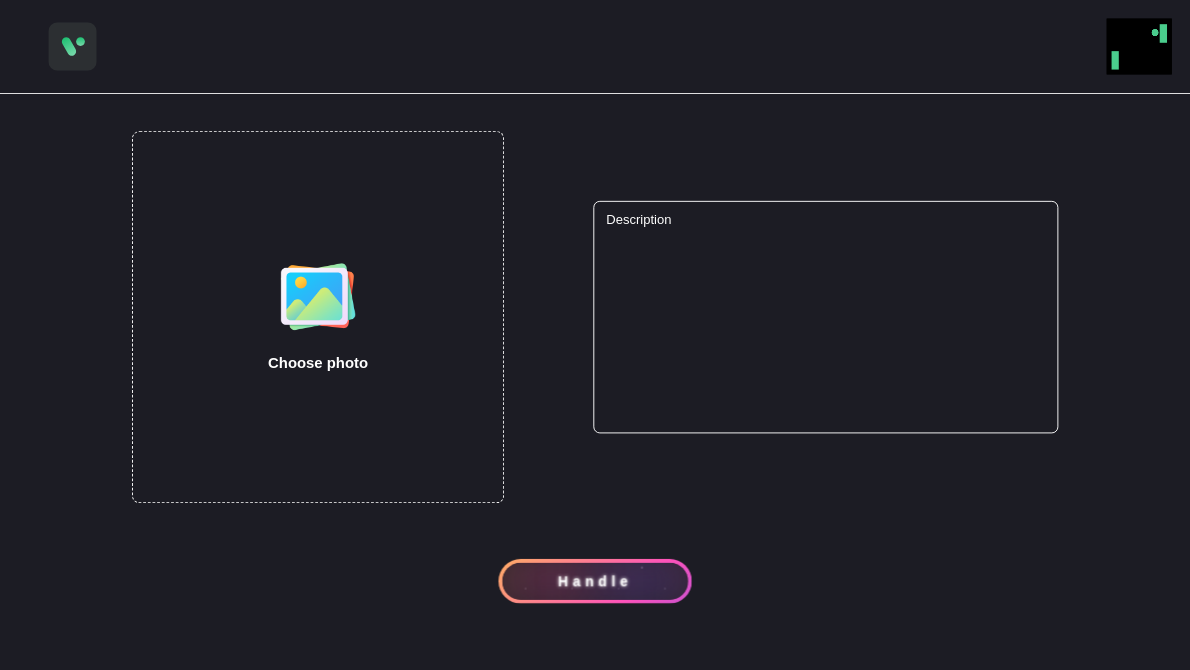
Repository: binhphan77373/Website_PBL6
Page: / (app in myapp/)
The author's editor kept a copy of each file at every save. The page is drawn from the files as they stood at one save, then again after a run of saves.
The browser window is 1280 px wide. The pictures show the whole page, at 93% of full size.
The project was rebuilt for these pictures with package versions that can differ from the ones it lists, and the page was loaded fresh each time. Also part of the build but not shown: myapp/vite.config.js, myapp/src/pages/Test.jsx, myapp/src/modules/Result.jsx, myapp/src/pages/ResultPage.jsx.

Above is the page before, as saved 2023-12-29 19:59:24.

### myapp/src/App.jsx
import { Route, Routes } from 'react-router-dom'
import HomePage from './pages/HomePage'
import Test from './pages/Test'
import ResultPage from './pages/ResultPage'

function App() {

  return (
    <Routes>
      <Route path='/' element={<HomePage></HomePage>}></Route>
      <Route path='/rs' element={<ResultPage></ResultPage>}></Route>
      <Route path='/test' element={<Test></Test>}></Route>
    </Routes>
  )
}

export default App

### myapp/src/index.css
@tailwind base;
@tailwind components;
@tailwind utilities;
*,
*::before,
*::after {
  box-sizing: border-box;
}
* {
  margin: 0;
  padding: 0;
}

html,
body {
  height: 100%;
}
body {
  line-height: 1.5;
  -webkit-font-smoothing: antialiased;
  -webkit-tap-highlight-color: rgba(0, 0, 0, 0);
  scroll-behavior: smooth;
}

img,
picture,
video,
canvas,
svg {
  display: block;
  max-width: 100%;
}
input,
button,
textarea,
select {
  font: inherit;
  outline: none;
}
p,
h1,
h2,
h3,
h4,
h5,
h6 {
  overflow-wrap: break-word;
}
body {
  line-height: 1.5;
  -webkit-font-smoothing: antialiased;
  -webkit-tap-highlight-color: rgba(0, 0, 0, 0);
  font-family: "Epilogue", sans-serif;
  font-size: 16px;
  background-color: #1C1C24;
}
.hidden-input {
  border: 0;
  clip: rect(0 0 0 0);
  height: 1px;
  margin: -1px;
  overflow: hidden;
  padding: 0;
  position: absolute;
  width: 1px;
  white-space: nowrap;
}
/* HTML: <div class="loader"></div> */
.loader {
  width: 70px;
  height: 60px;
  border: 5px solid #000;
  padding: 0 8px;
  box-sizing: border-box;
  background: linear-gradient(#4acd8d 0 0) 0    0/8px 20px,
    linear-gradient(#4acd8d 0 0) 100% 0/8px 20px,
    radial-gradient(farthest-side,#4acd8d 90%,#0000) 0 5px/8px 8px content-box,
    #000;
  background-repeat: no-repeat;
  animation: l3 2s infinite linear;
}

@keyframes l3 {
  25% {
    background-position: 0 0   ,100% 100%,100% calc(100% - 5px)
  }

  50% {
    background-position: 0 100%,100% 100%,0    calc(100% - 5px)
  }

  75% {
    background-position: 0 100%,100%    0,100% 5px
  }
}
.btn {
  display: flex;
  justify-content: center;
  align-items: center;
  width: 13rem;
  overflow: hidden;
  height: 3rem;
  background-size: 300% 300%;
  backdrop-filter: blur(1rem);
  border-radius: 5rem;
  transition: 0.5s;
  animation: gradient_301 5s ease infinite;
  border: double 4px transparent;
  background-image: linear-gradient(#212121, #212121),  linear-gradient(137.48deg, #ffdb3b 10%,#FE53BB 45%, #8F51EA 67%, #0044ff 87%);
  background-origin: border-box;
  background-clip: content-box, border-box;
}

#container-stars {
  position: absolute;
  z-index: -1;
  width: 100%;
  height: 100%;
  overflow: hidden;
  transition: 0.5s;
  backdrop-filter: blur(1rem);
  border-radius: 5rem;
}

strong {
  z-index: 2;
  font-size: 15px;
  letter-spacing: 5px;
  color: #FFFFFF;
  text-shadow: 0 0 4px white;
}

#glow {
  position: absolute;
  display: flex;
  width: 12rem;
}

.circle {
  width: 100%;
  height: 30px;
  filter: blur(2rem);
  animation: pulse_3011 4s infinite;
  z-index: -1;
}

.circle:nth-of-type(1) {
  background: rgba(254, 83, 186, 0.636);
}

.circle:nth-of-type(2) {
  background: rgba(142, 81, 234, 0.704);
}

.btn:hover #container-stars {
  z-index: 1;
  background-color: #212121;
}

.btn:hover {
  transform: scale(1.1)
}

.btn:active {
  border: double 4px #FE53BB;
  background-origin: border-box;
  background-clip: content-box, border-box;
  animation: none;
}

.btn:active .circle {
  background: #FE53BB;
}

#stars {
  position: relative;
  background: transparent;
  width: 200rem;
  height: 200rem;
}

#stars::after {
  content: "";
  position: absolute;
  top: -10rem;
  left: -100rem;
  width: 100%;
  height: 100%;
  animation: animStarRotate 90s linear infinite;
}

#stars::after {
  background-image: radial-gradient(#ffffff 1px, transparent 1%);
  background-size: 50px 50px;
}

#stars::before {
  content: "";
  position: absolute;
  top: 0;
  left: -50%;
  width: 170%;
  height: 500%;
  animation: animStar 60s linear infinite;
}

#stars::before {
  background-image: radial-gradient(#ffffff 1px, transparent 1%);
  background-size: 50px 50px;
  opacity: 0.5;
}

@keyframes animStar {
  from {
    transform: translateY(0);
  }

  to {
    transform: translateY(-135rem);
  }
}

@keyframes animStarRotate {
  from {
    transform: rotate(360deg);
  }

  to {
    transform: rotate(0);
  }
}

@keyframes gradient_301 {
  0% {
    background-position: 0% 50%;
  }

  50% {
    background-position: 100% 50%;
  }

  100% {
    background-position: 0% 50%;
  }
}

@keyframes pulse_3011 {
  0% {
    transform: scale(0.75);
    box-shadow: 0 0 0 0 rgba(0, 0, 0, 0.7);
  }

  70% {
    transform: scale(1);
    box-shadow: 0 0 0 10px rgba(0, 0, 0, 0);
  }

  100% {
    transform: scale(0.75);
    box-shadow: 0 0 0 0 rgba(0, 0, 0, 0);
  }
}
.wheel-and-hamster {
  --dur: 1s;
  position: relative;
  width: 12em;
  height: 12em;
  font-size: 14px;
}

.wheel,
.hamster,
.hamster div,
.spoke {
  position: absolute;
}

.wheel,
.spoke {
  border-radius: 50%;
  top: 0;
  left: 0;
  width: 100%;
  height: 100%;
}

.wheel {
  background: radial-gradient(100% 100% at center,hsla(0,0%,60%,0) 47.8%,hsl(0,0%,60%) 48%);
  z-index: 2;
}

.hamster {
  animation: hamster var(--dur) ease-in-out infinite;
  top: 50%;
  left: calc(50% - 3.5em);
  width: 7em;
  height: 3.75em;
  transform: rotate(4deg) translate(-0.8em,1.85em);
  transform-origin: 50% 0;
  z-index: 1;
}

.hamster__head {
  animation: hamsterHead var(--dur) ease-in-out infinite;
  background: hsl(30,90%,55%);
  border-radius: 70% 30% 0 100% / 40% 25% 25% 60%;
  box-shadow: 0 -0.25em 0 hsl(30,90%,80%) inset,
		0.75em -1.55em 0 hsl(30,90%,90%) inset;
  top: 0;
  left: -2em;
  width: 2.75em;
  height: 2.5em;
  transform-origin: 100% 50%;
}

.hamster__ear {
  animation: hamsterEar var(--dur) ease-in-out infinite;
  background: hsl(0,90%,85%);
  border-radius: 50%;
  box-shadow: -0.25em 0 hsl(30,90%,55%) inset;
  top: -0.25em;
  right: -0.25em;
  width: 0.75em;
  height: 0.75em;
  transform-origin: 50% 75%;
}

.hamster__eye {
  animation: hamsterEye var(--dur) linear infinite;
  background-color: hsl(0,0%,0%);
  border-radius: 50%;
  top: 0.375em;
  left: 1.25em;
  width: 0.5em;
  height: 0.5em;
}

.hamster__nose {
  background: hsl(0,90%,75%);
  border-radius: 35% 65% 85% 15% / 70% 50% 50% 30%;
  top: 0.75em;
  left: 0;
  width: 0.2em;
  height: 0.25em;
}

.hamster__body {
  animation: hamsterBody var(--dur) ease-in-out infinite;
  background: hsl(30,90%,90%);
  border-radius: 50% 30% 50% 30% / 15% 60% 40% 40%;
  box-shadow: 0.1em 0.75em 0 hsl(30,90%,55%) inset,
		0.15em -0.5em 0 hsl(30,90%,80%) inset;
  top: 0.25em;
  left: 2em;
  width: 4.5em;
  height: 3em;
  transform-origin: 17% 50%;
  transform-style: preserve-3d;
}

.hamster__limb--fr,
.hamster__limb--fl {
  clip-path: polygon(0 0,100% 0,70% 80%,60% 100%,0% 100%,40% 80%);
  top: 2em;
  left: 0.5em;
  width: 1em;
  height: 1.5em;
  transform-origin: 50% 0;
}

.hamster__limb--fr {
  animation: hamsterFRLimb var(--dur) linear infinite;
  background: linear-gradient(hsl(30,90%,80%) 80%,hsl(0,90%,75%) 80%);
  transform: rotate(15deg) translateZ(-1px);
}

.hamster__limb--fl {
  animation: hamsterFLLimb var(--dur) linear infinite;
  background: linear-gradient(hsl(30,90%,90%) 80%,hsl(0,90%,85%) 80%);
  transform: rotate(15deg);
}

.hamster__limb--br,
.hamster__limb--bl {
  border-radius: 0.75em 0.75em 0 0;
  clip-path: polygon(0 0,100% 0,100% 30%,70% 90%,70% 100%,30% 100%,40% 90%,0% 30%);
  top: 1em;
  left: 2.8em;
  width: 1.5em;
  height: 2.5em;
  transform-origin: 50% 30%;
}

.hamster__limb--br {
  animation: hamsterBRLimb var(--dur) linear infinite;
  background: linear-gradient(hsl(30,90%,80%) 90%,hsl(0,90%,75%) 90%);
  transform: rotate(-25deg) translateZ(-1px);
}

.hamster__limb--bl {
  animation: hamsterBLLimb var(--dur) linear infinite;
  background: linear-gradient(hsl(30,90%,90%) 90%,hsl(0,90%,85%) 90%);
  transform: rotate(-25deg);
}

.hamster__tail {
  animation: hamsterTail var(--dur) linear infinite;
  background: hsl(0,90%,85%);
  border-radius: 0.25em 50% 50% 0.25em;
  box-shadow: 0 -0.2em 0 hsl(0,90%,75%) inset;
  top: 1.5em;
  right: -0.5em;
  width: 1em;
  height: 0.5em;
  transform: rotate(30deg) translateZ(-1px);
  transform-origin: 0.25em 0.25em;
}

.spoke {
  animation: spoke var(--dur) linear infinite;
  background: radial-gradient(100% 100% at center,hsl(0,0%,60%) 4.8%,hsla(0,0%,60%,0) 5%),
		linear-gradient(hsla(0,0%,55%,0) 46.9%,hsl(0,0%,65%) 47% 52.9%,hsla(0,0%,65%,0) 53%) 50% 50% / 99% 99% no-repeat;
}

/* Animations */
@keyframes hamster {
  from, to {
    transform: rotate(4deg) translate(-0.8em,1.85em);
  }

  50% {
    transform: rotate(0) translate(-0.8em,1.85em);
  }
}

@keyframes hamsterHead {
  from, 25%, 50%, 75%, to {
    transform: rotate(0);
  }

  12.5%, 37.5%, 62.5%, 87.5% {
    transform: rotate(8deg);
  }
}

@keyframes hamsterEye {
  from, 90%, to {
    transform: scaleY(1);
  }

  95% {
    transform: scaleY(0);
  }
}

@keyframes hamsterEar {
  from, 25%, 50%, 75%, to {
    transform: rotate(0);
  }

  12.5%, 37.5%, 62.5%, 87.5% {
    transform: rotate(12deg);
  }
}

@keyframes hamsterBody {
  from, 25%, 50%, 75%, to {
    transform: rotate(0);
  }

  12.5%, 37.5%, 62.5%, 87.5% {
    transform: rotate(-2deg);
  }
}

@keyframes hamsterFRLimb {
  from, 25%, 50%, 75%, to {
    transform: rotate(50deg) translateZ(-1px);
  }

  12.5%, 37.5%, 62.5%, 87.5% {
    transform: rotate(-30deg) translateZ(-1px);
  }
}

@keyframes hamsterFLLimb {
  from, 25%, 50%, 75%, to {
    transform: rotate(-30deg);
  }

  12.5%, 37.5%, 62.5%, 87.5% {
    transform: rotate(50deg);
  }
}

@keyframes hamsterBRLimb {
  from, 25%, 50%, 75%, to {
    transform: rotate(-60deg) translateZ(-1px);
  }

  12.5%, 37.5%, 62.5%, 87.5% {
    transform: rotate(20deg) translateZ(-1px);
  }
}

@keyframes hamsterBLLimb {
  from, 25%, 50%, 75%, to {
    transform: rotate(20deg);
  }

  12.5%, 37.5%, 62.5%, 87.5% {
    transform: rotate(-60deg);
  }
}

@keyframes hamsterTail {
  from, 25%, 50%, 75%, to {
    transform: rotate(30deg) translateZ(-1px);
  }

  12.5%, 37.5%, 62.5%, 87.5% {
    transform: rotate(10deg) translateZ(-1px);
  }
}

@keyframes spoke {
  from {
    transform: rotate(0);
  }

  to {
    transform: rotate(-1turn);
  }
}
.myCard {
  background-color: transparent;
  perspective: 1000px;
}

.title {
  font-size: 1.5em;
  font-weight: 900;
  text-align: center;
  margin: 0;
}

.innerCard {
  position: relative;
  width: 100%;
  height: 100%;
  text-align: center;
  transition: transform 0.8s;
  transform-style: preserve-3d;
  cursor: pointer;
}

.myCard:hover .innerCard {
  transform: rotateY(180deg);
}

.frontSide,
.backSide {
  position: absolute;
  display: flex;
  flex-direction: column;
  align-items: center;
  justify-content: space-evenly;
  width: 100%;
  height: 100%;
  -webkit-backface-visibility: hidden;
  backface-visibility: hidden;
  border: 1px solid rgba(255, 255, 255, 0.8);
  border-radius: 1rem;
  color: white;
  box-shadow: 0 0 0.3em rgba(255, 255, 255, 0.5);
  font-weight: 700;
}

.frontSide,
.frontSide::before {
  background: linear-gradient(43deg, rgb(65, 88, 208) 0%, rgb(200, 80, 192) 46%, rgb(255, 204, 112) 100%);
}

.backSide,
.backSide::before {
  background-image: linear-gradient(160deg, #0093E9 0%, #80D0C7 100%);
}

.backSide {
  transform: rotateY(180deg);
}

.frontSide::before,
.backSide::before {
  top: 50%;
  left: 50%;
  transform: translate(-50%, -50%);
  content: '';
  width: 110%;
  height: 110%;
  position: absolute;
  z-index: -1;
  border-radius: 1em;
  filter: blur(20px);
  animation: animate 5s linear infinite;
}

@keyframes animate {
  0% {
    opacity: 0.3;
  }

  80% {
    opacity: 1;
  }

  100% {
    opacity: 0.3;
  }
}
.btnback {
  position: relative;
  width: 120px;
  height: 40px;
  background-color: #000;
  display: flex;
  align-items: center;
  color: white;
  flex-direction: column;
  justify-content: center;
  border: none;
  padding: 12px;
  gap: 12px;
  border-radius: 8px;
  cursor: pointer;
}

.btnback::before {
  content: '';
  position: absolute;
  inset: 0;
  left: -4px;
  top: -1px;
  margin: auto;
  width: 128px;
  height: 48px;
  border-radius: 10px;
  background: linear-gradient(-45deg, #e81cff 0%, #40c9ff 100% );
  z-index: -10;
  pointer-events: none;
  transition: all 0.6s cubic-bezier(0.175, 0.885, 0.32, 1.275);
}

.btnback::after {
  content: "";
  z-index: -1;
  position: absolute;
  inset: 0;
  background: linear-gradient(-45deg, #fc00ff 0%, #00dbde 100% );
  transform: translate3d(0, 0, 0) scale(0.95);
  filter: blur(20px);
}

.btnback:hover::after {
  filter: blur(30px);
}

.btnback:hover::before {
  transform: rotate(-180deg);
}

.btnback:active::before {
  scale: 0.7;
}
.glow-point {
  position: absolute;
  box-shadow: 0rem 0rem 1.2rem 0.6rem rgb(var(--glow-rgb));
  pointer-events: none;
}

.star {
  position: absolute;
  z-index: 2;
  color: white;
  font-size: 1rem;
  animation-duration: 1500ms;
  animation-fill-mode: forwards;
  pointer-events: none;
}

@keyframes fall-1 {
  0% {
    transform: translate(0px, 0px) rotateX(45deg) rotateY(30deg) rotateZ(0deg) scale(0.25);
    opacity: 0;
  }

  5% {
    transform: translate(10px, -10px) rotateX(45deg) rotateY(30deg) rotateZ(0deg) scale(1);
    opacity: 1;
  }

  100% {
    transform: translate(25px, 200px) rotateX(180deg) rotateY(270deg) rotateZ(90deg) scale(1);
    opacity: 0;
  }
}

@keyframes fall-2 {
  0% {
    transform: translate(0px, 0px) rotateX(-20deg) rotateY(10deg) scale(0.25);
    opacity: 0;
  }

  10% {
    transform: translate(-10px, -5px) rotateX(-20deg) rotateY(10deg) scale(1);
    opacity: 1;
  }

  100% {
    transform: translate(-10px, 160px) rotateX(-90deg) rotateY(45deg) scale(0.25);
    opacity: 0;
  }
}

@keyframes fall-3 {
  0% {
    transform: translate(0px, 0px) rotateX(0deg) rotateY(45deg) scale(0.5);
    opacity: 0;
  }

  15% {
    transform: translate(7px, 5px) rotateX(0deg) rotateY(45deg) scale(1);
    opacity: 1;
  }

  100% {
    transform: translate(20px, 120px) rotateX(-180deg) rotateY(-90deg) scale(0.5);
    opacity: 0;
  }
}

### myapp/src/pages/HomePage.jsx
import  { useEffect } from 'react';
import Topbar from '../modules/Topbar';
import Body from '../modules/Body';
import "../index.css";
const HomePage = () => {
  useEffect(() => {
    document.title = "Home Page";
  }, []);
  return (
    <>
      <Topbar></Topbar>
      <Body></Body>
    </>
  );
};

export default HomePage;

### myapp/src/modules/Topbar.jsx
import styled from "styled-components";
const DashboardHeaderStyles = styled.div`
  padding: 20px;
  border-bottom: 1px solid #eee;
  display: flex;
  justify-content: space-between;
  gap: 20px;
  .logo {
    display: flex;
    align-items: center;
    gap: 20px;
    font-size: 18px;
    font-weight: 600;
    img {
      max-width: 40px;
    }
  }
  .header-avatar {
    width: 52px;
    height: 52px;
    img {
      width: 100%;
      height: 100%;
      object-fit: cover;
      border-radius: 100rem;
    }
  }
  .header-right {
    display: flex;
    align-items: center;
    gap: 20px;
  }
`;

const Topbar = () => {
  return (
    <DashboardHeaderStyles>
      <div className="logo ml-8">
        <svg
          width={52}
          height={52}
          viewBox="0 0 52 52"
          fill="none"
          xmlns="http://www.w3.org/2000/svg"
        >
          <rect width={52} height={52} rx={10} fill="#2C2F32" />
          <path
            d="M15.186 23.2348C13.8487 20.8914 14.5874 17.9269 16.8359 16.6135C19.0844 15.3 21.9912 16.135 23.3285 18.4784L29.1985 28.7652C30.5358 31.1086 29.797 34.0731 27.5485 35.3865C25.3001 36.6999 22.3932 35.865 21.056 33.5215L15.186 23.2348Z"
            fill="url(#paint0_linear_2376_1140)"
          />
          <path
            d="M39.2349 20.6917C39.2349 23.3235 37.1345 25.4569 34.5435 25.4569C31.9525 25.4569 29.8521 23.3235 29.8521 20.6917C29.8521 18.0599 31.9525 15.9265 34.5435 15.9265C37.1345 15.9265 39.2349 18.0599 39.2349 20.6917Z"
            fill="url(#paint1_linear_2376_1140)"
          />
          <defs>
            <linearGradient
              id="paint0_linear_2376_1140"
              x1="16.8359"
              y1="16.6135"
              x2="27.441"
              y2="35.0019"
              gradientUnits="userSpaceOnUse"
            >
              <stop stopColor="#1DC071" />
              <stop offset={1} stopColor="#77D9AA" />
            </linearGradient>
            <linearGradient
              id="paint1_linear_2376_1140"
              x1="34.5435"
              y1="15.9265"
              x2="34.5205"
              y2="25.2863"
              gradientUnits="userSpaceOnUse"
            >
              <stop stopColor="#1DC071" />
              <stop offset={1} stopColor="#77D9AA" />
            </linearGradient>
          </defs>
        </svg>
      </div>
      <div className="loader"></div>
    </DashboardHeaderStyles>
  );
};

export default Topbar;

### myapp/src/components/Image/ImageUpload.jsx
import { Fragment } from "react";
import PropTypes from "prop-types";
const ImageUpload = (props) => {
  const {
    name,
    className = "",
    progress = 0,
    image = "",
    del = true,
    onClick = () => {},
    handleDeleteImage = () => {},
    ...rest
  } = props;
  return (
    <label
      className={`cursor-pointer flex items-center justify-center border border-dashed border-primary w-[400px] min-h-[400px] rounded-lg ${className} relative overflow-hidden group`}
    >
      {del && (
        <input
          type="file"
          name={name}
          className="hidden-input"
          onChange={() => {}}
          {...rest}
        />
      )}
      {/* <div className="absolute z-10 w-16 h-16 border-8 border-green-500 rounded-full loading border-t-transparent animate-spin"></div> */}
      {progress !== 0 && !image && (
        <div
          aria-label="Orange and tan hamster running in a metal wheel"
          role="img"
          className="wheel-and-hamster"
        >
          <div className="wheel"></div>
          <div className="hamster">
            <div className="hamster__body">
              <div className="hamster__head">
                <div className="hamster__ear"></div>
                <div className="hamster__eye"></div>
                <div className="hamster__nose"></div>
              </div>
              <div className="hamster__limb hamster__limb--fr"></div>
              <div className="hamster__limb hamster__limb--fl"></div>
              <div className="hamster__limb hamster__limb--br"></div>
              <div className="hamster__limb hamster__limb--bl"></div>
              <div className="hamster__tail"></div>
            </div>
          </div>
          <div className="spoke"></div>
        </div>
      )}
      {!image && progress === 0 && (
        <div className="flex flex-col items-center text-center pointer-events-none">
          <img
            src="/img-upload.png"
            alt="upload-img"
            className="max-w-[80px] mb-5"
          />
          <p className="font-semibold text-primary">Choose photo</p>
        </div>
      )}
      {image && (
        <Fragment>
          <img
            src={image}
            className="object-cover w-full h-full"
            alt=""
            onClick={onClick}
          />
          {del && (
            <button
              type="button"
              className="absolute z-10 flex items-center justify-center invisible w-16 h-16 text-red-500 transition-all bg-white rounded-full opacity-0 cursor-pointer group-hover:opacity-100 group-hover:visible"
              onClick={handleDeleteImage}
            >
              <svg
                xmlns="http://www.w3.org/2000/svg"
                className="w-6 h-6"
                fill="none"
                viewBox="0 0 24 24"
                stroke="currentColor"
                strokeWidth="2"
              >
                <path
                  strokeLinecap="round"
                  strokeLinejoin="round"
                  d="M19 7l-.867 12.142A2 2 0 0116.138 21H7.862a2 2 0 01-1.995-1.858L5 7m5 4v6m4-6v6m1-10V4a1 1 0 00-1-1h-4a1 1 0 00-1 1v3M4 7h16"
                />
              </svg>
            </button>
          )}
        </Fragment>
      )}
      {/* {!image && (
        <div
          className="absolute bottom-0 left-0 w-10 h-1 transition-all bg-green-400 image-upload-progress"
          style={{
            width: `${Math.ceil(progress)}%`,
          }}
        ></div>
      )} */}
    </label>
  );
};
ImageUpload.propTypes = {
  name: PropTypes.string,
  className: PropTypes.string,
  progress: PropTypes.number,
  image: PropTypes.string,
  del: PropTypes.any,
  onClick: PropTypes.func,
  handleDeleteImage: PropTypes.func,
};
export default ImageUpload;

Loaded but not shown: myapp/index.html (common file); myapp/src/main.jsx (common file); myapp/tailwind.config.js (16 lines, source omitted); myapp/src/modules/Body.jsx (112 lines, source omitted); myapp/src/components/Mouse/StarsMouse.jsx (156 lines, source omitted)

After the next 3 saves:
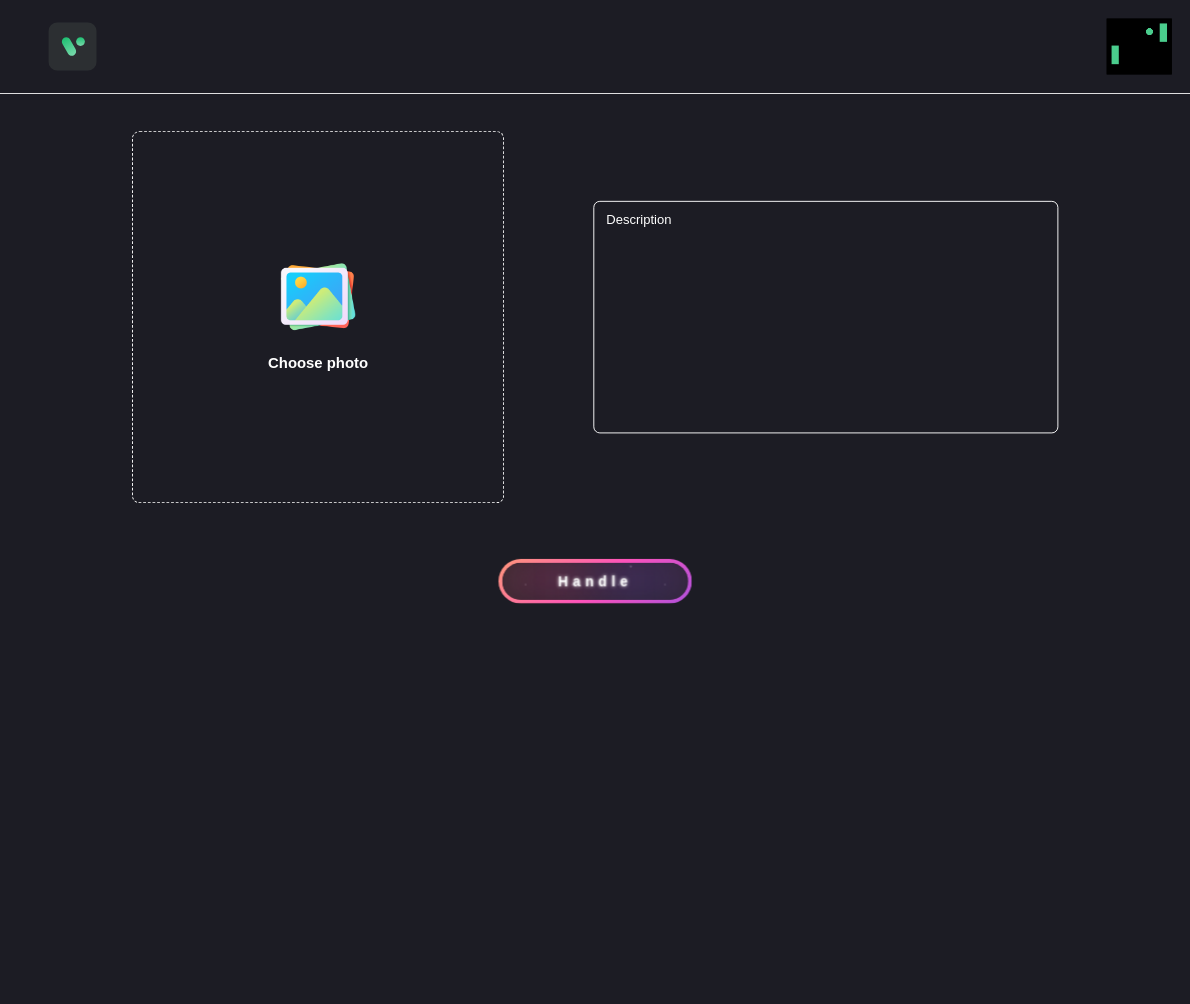
The 3 saves are shown as one change because 1 did not build or start and some came seconds apart.
The last was saved 13 s later.
--- a/myapp/src/index.css
+++ b/myapp/src/index.css
@@ -53,6 +53,8 @@ body {
   font-family: "Epilogue", sans-serif;
   font-size: 16px;
   background-color: #1C1C24;
+  height: 150vh;
+  overflow: hidden;
 }
 .hidden-input {
   border: 0;
